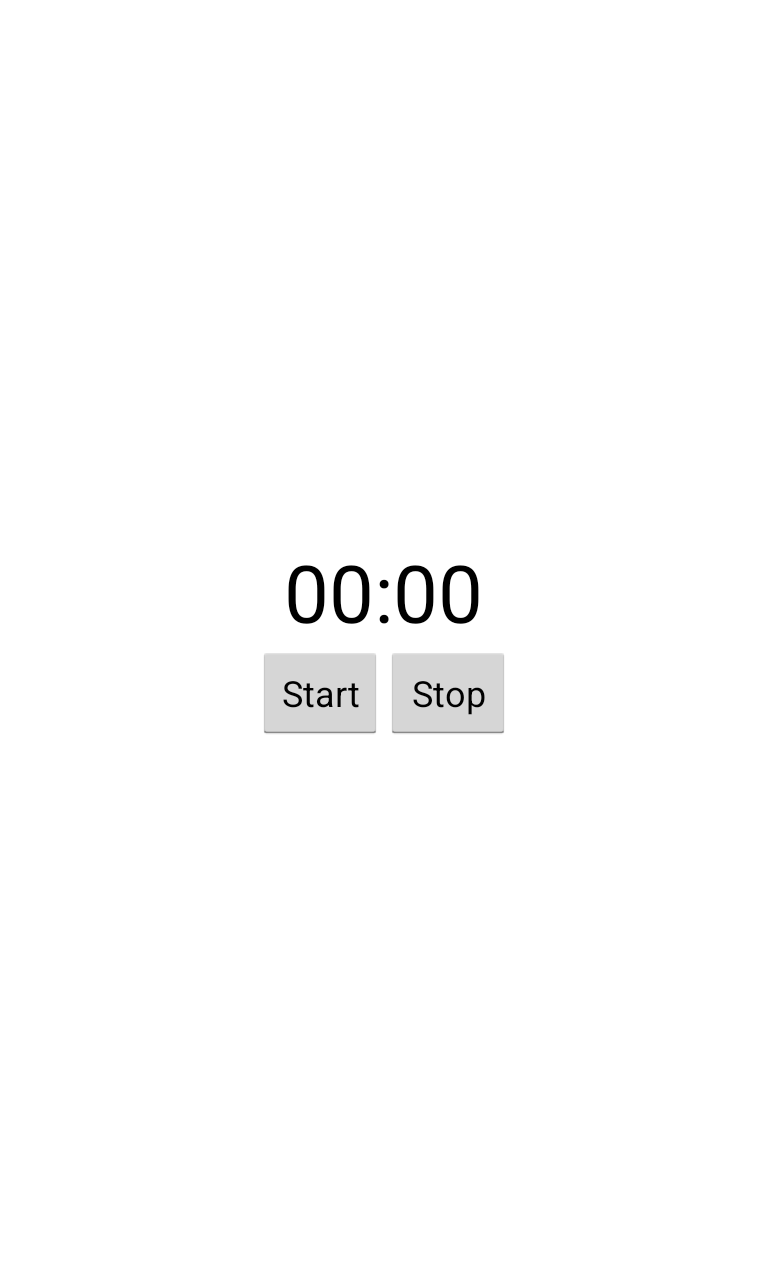
Repository: albertowusuasare/CustomStopWatch
Layout: CustomStopWatch/res/layout/activity_timer.xml
These files come from the project's save history. The layout is drawn as it stood at one moment and after the next save; the edit follows.
It is drawn on a 768 x 1280 px phone screen (xhdpi) without system bars, with theme AppTheme; the app's code is not run.

Above is the layout before, as saved 2014-09-25 03:55:12.

### CustomStopWatch/res/layout/activity_timer.xml
<LinearLayout xmlns:android="http://schemas.android.com/apk/res/android"
    xmlns:tools="http://schemas.android.com/tools"
    android:layout_width="match_parent"
    android:layout_height="match_parent"
    android:gravity="center"
    android:orientation="vertical"
    android:paddingBottom="@dimen/activity_vertical_margin"
    android:paddingLeft="@dimen/activity_horizontal_margin"
    android:paddingRight="@dimen/activity_horizontal_margin"
    android:paddingTop="@dimen/activity_vertical_margin"
    tools:context="com.example.customstopwatch.TimerActivity" >

    <Chronometer
        android:id="@+id/mainChronometer"
        android:layout_width="wrap_content"
        android:layout_height="wrap_content"
        android:format="%s"
        android:text="Chronometer"
        android:textSize="40sp" />

    <LinearLayout
        android:layout_width="fill_parent"
        android:layout_height="wrap_content"
        android:gravity="center"
        android:orientation="horizontal" >

        <Button
            android:id="@+id/start_button"
            android:layout_width="wrap_content"
            android:layout_height="wrap_content"
            android:text="@string/StartButton" />

        <Button
            android:id="@+id/stop_button"
            android:layout_width="wrap_content"
            android:layout_height="wrap_content"
            android:text="@string/StopButton" />
    </LinearLayout>

</LinearLayout>

### CustomStopWatch/res/values/strings.xml
<?xml version="1.0" encoding="utf-8"?>
<resources>

    <string name="app_name">CustomStopWatch</string>
    <string name="hello_world">Hello world!</string>
    <string name="action_settings">Settings</string>
    <string name="app_id">724899087577885</string>
    <string name="AppName">STVP WVTCH</string>
    <string name="StartButton">Start</string>
     <string name="StopButton">Stop</string>
    <string name="title_activity_timer">TimerActivity</string>

</resources>

Loaded but not shown: CustomStopWatch/res/values/styles.xml (common file); CustomStopWatch/res/values-v11/styles.xml (common file); CustomStopWatch/res/values-v14/styles.xml (common file); CustomStopWatch/res/values/dimens.xml (common file); CustomStopWatch/res/values-w820dp/dimens.xml (common file)

After the next save:
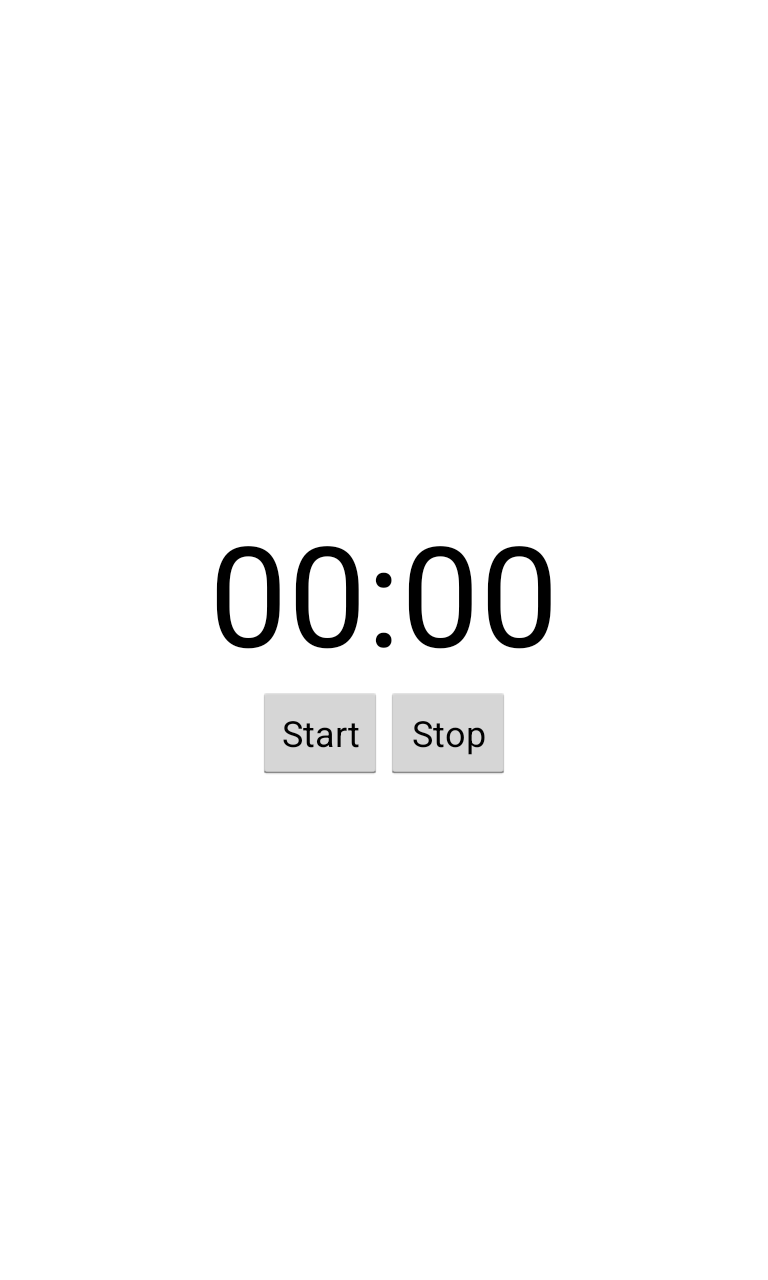
Saved 5 min 17 s later.
--- a/CustomStopWatch/res/layout/activity_timer.xml
+++ b/CustomStopWatch/res/layout/activity_timer.xml
@@ -16,7 +16,7 @@
         android:layout_height="wrap_content"
         android:format="%s"
         android:text="Chronometer"
-        android:textSize="40sp" />
+        android:textSize="70sp" />
 
     <LinearLayout
         android:layout_width="fill_parent"
